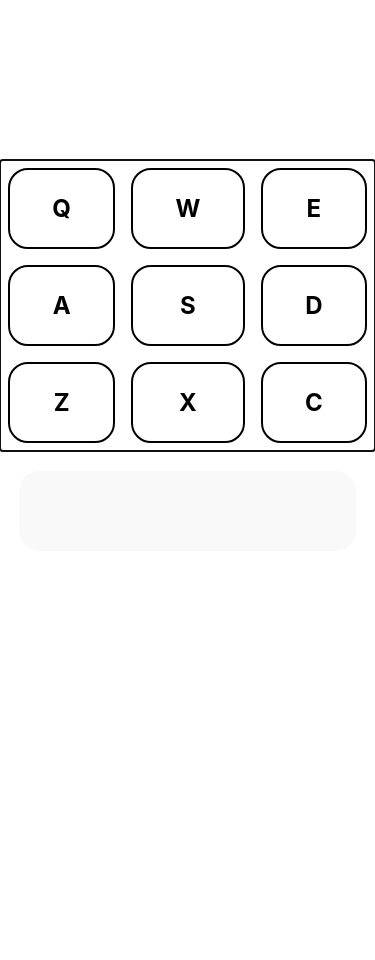
Repository: milac0/drum-machine
Page: /
The author's editor kept a copy of each file at every save. The page is drawn from the files as they stood at one save, then again after the next save.
The browser window is 375 px wide. The pictures show the whole page.
The project was rebuilt for these pictures with package versions that can differ from the ones it lists, and the page was loaded fresh each time.

Above is the page before, as saved 2019-10-25 17:55:55.

After the next save:
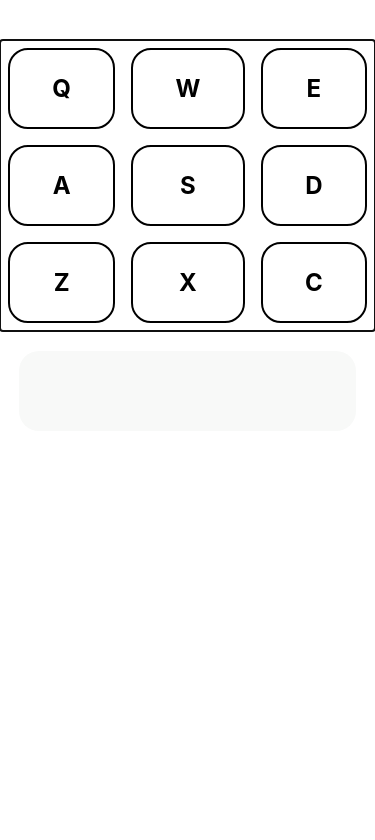
Saved 102 s later.
--- a/src/App.css
+++ b/src/App.css
@@ -37,32 +37,8 @@
   font-size: 1.25rem;
 }
 
-/* #display {
-  margin: 0 auto;
-  height: 30px;
-  width: 200px;
-  padding: 10px;
-  background: #FDC8C8;
-  text-align: center;
+@media (max-width: 540px) {
+  #drum-machine {
+    margin-top: 5vh;
+  }
 }
-
-.drum-pad {
-  width: 240px;
-  text-align: center;
-  border: 1px solid black;
-  padding: 1rem 1.5rem;
-}
-
-#W {
-  grid-column-start: 2;
-  grid-column-end: 3;
-}
-
-#E {
-  grid-column-start: 3;
-  grid-column-end: 4;
-}
-
-.drum-pad:hover {
-  cursor: pointer;
-} */
